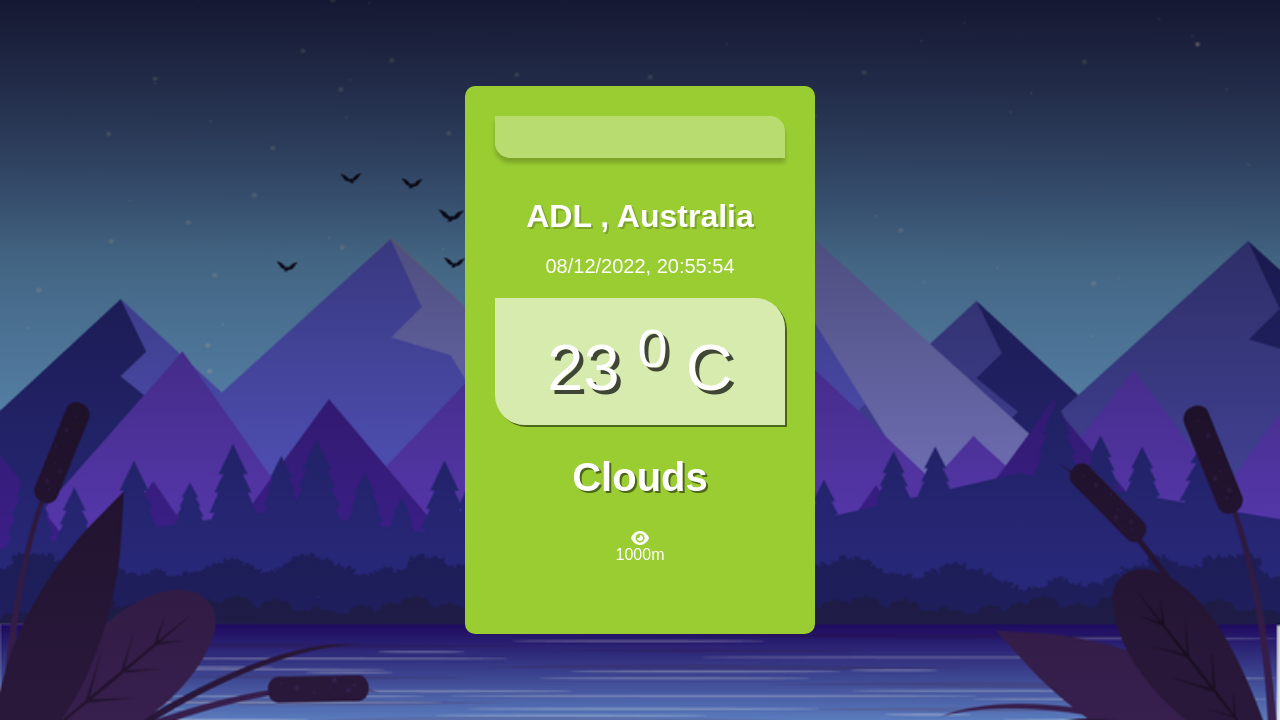
Repository: andrewhuynh561/weather-app-1
Page: index.html
These files come from the project's save history. The page is drawn as it stood at one moment and after the next save; the edit follows.
The browser window is 1280 px wide. The pictures show the whole page.

Above is the page before, as saved 2022-12-08 21:20:39.

After the next save:
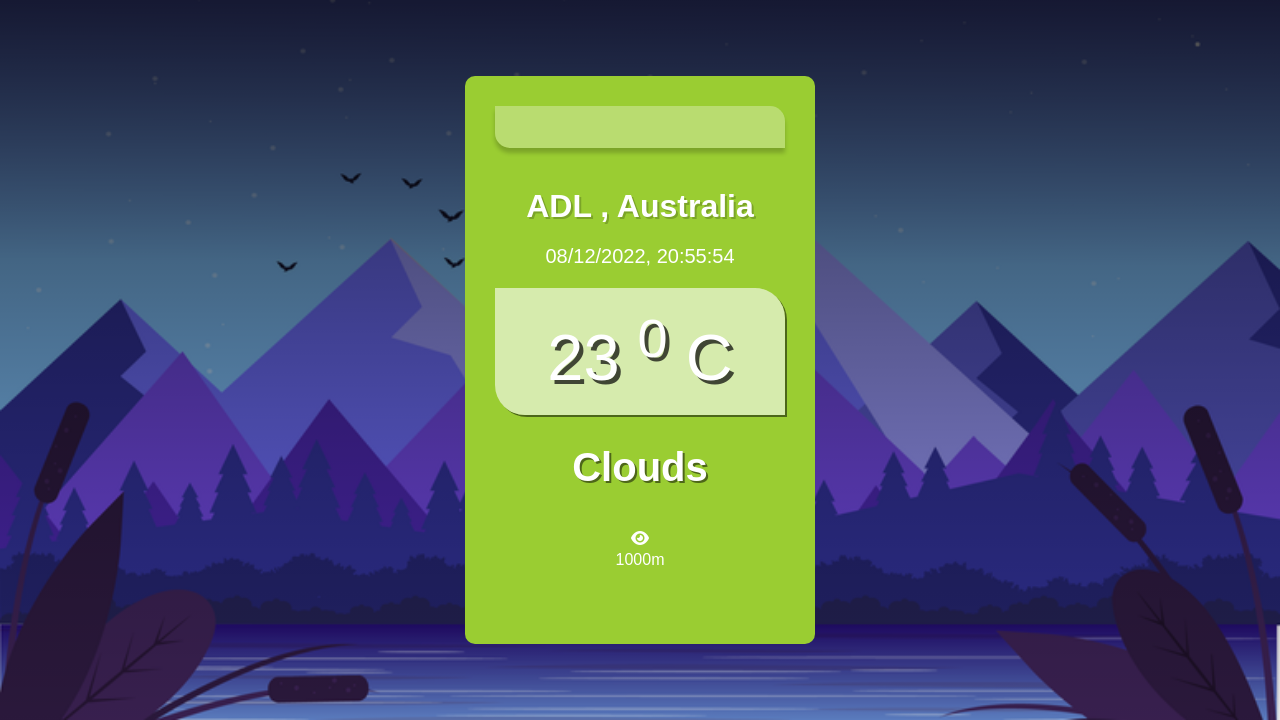
Saved 38 s later.
--- a/style.css
+++ b/style.css
@@ -65,4 +65,9 @@ body{
 .more-desc div{
     display: flex;
     flex-direction: column;
+    padding: 5px;
+
 }
+.more-desc div i{
+    margin: 5px 0;
+}
